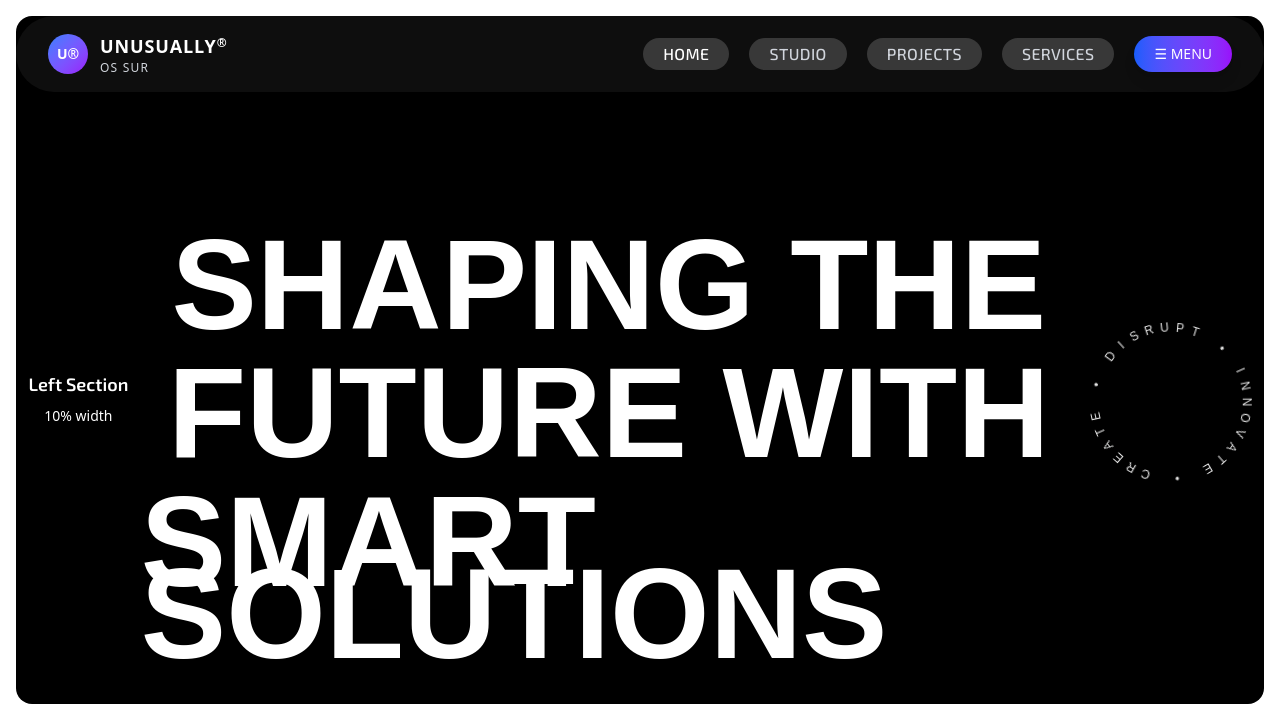
Repository: A-y-u-s-h-29/Digital-Express-India-With-Carrer-Page-And-RazorPay
Page: / (app in op/)
An editor plug-in stored every save of this project. The page is shown before and after the next save, followed by the edit.
The browser window is 1280 px wide. The pictures show the whole page.
Some web fonts or font styles are not loaded; a fallback is used. The project was rebuilt for these pictures with package versions that can differ from the ones it lists, and the page was loaded fresh each time. Also part of the build but not shown: op/vite.config.js.

Above is the page before, as saved 2025-12-04 15:27:47.

### op/index.html
<!doctype html>
<html lang="en">
  <head>
    <meta charset="UTF-8" />
    <link rel="icon" type="image/svg+xml" href="/vite.svg" />
    <meta name="viewport" content="width=device-width, initial-scale=1.0" />
    <link rel="preconnect" href="https://fonts.googleapis.com">
<link rel="preconnect" href="https://fonts.gstatic.com" crossorigin>
<link href="https://fonts.googleapis.com/css2?family=Alan+Sans:wght@300..900&family=Big+Shoulders:opsz,wght@10..72,100..900&family=Exo+2:ital,wght@0,100..900;1,100..900&family=Montserrat:ital,wght@0,100..900;1,100..900&family=Orbitron:wght@400..900&family=Poppins:ital,wght@0,100;0,200;0,300;0,400;0,500;0,600;0,700;0,800;0,900;1,100;1,200;1,300;1,400;1,500;1,600;1,700;1,800;1,900&family=Rajdhani:wght@300;400;500;600;700&display=swap" rel="stylesheet">
<link rel="preconnect" href="https://fonts.googleapis.com">
<link rel="preconnect" href="https://fonts.gstatic.com" crossorigin>
<link href="https://fonts.googleapis.com/css2?family=Alan+Sans:wght@300..900&family=Big+Shoulders:opsz,wght@10..72,100..900&family=Exo+2:ital,wght@0,100..900;1,100..900&family=Montserrat:ital,wght@0,100..900;1,100..900&family=Orbitron:wght@400..900&family=Poppins:ital,wght@0,100;0,200;0,300;0,400;0,500;0,600;0,700;0,800;0,900;1,100;1,200;1,300;1,400;1,500;1,600;1,700;1,800;1,900&family=Rajdhani:wght@300;400;500;600;700&display=swap" rel="stylesheet">
    <title>op</title>
  </head>
  <body>
    <div id="root"></div>
    <script type="module" src="/src/main.jsx"></script>
  </body>
</html>

### op/src/index.css
@import "tailwindcss";
*{
  box-sizing: border-box;
}
.big {
  font-family: "Big Shoulders", sans-serif;

  font-style: normal;
}
.exo {
  font-family: "Exo 2", sans-serif;

  font-style: normal;
}

### op/src/App.jsx
import React from 'react'
import Home from './components/Home'

function App() {
  return (
   <>
   <Home/>


   </>
  )
}

export default App

### op/src/components/Home.jsx
import React from "react";
import Navbar from "./Navbar";
import CircularText from "./CircularText";


function Home() {
  return (
    <div className="w-full max-h-screen lg:h-[120vh] lg:py-4 lg:px-4">
      <div className="rounded-b-4xl lg:rounded-2xl w-full h-full flex flex-col relative overflow-hidden bg-black">
        {/* Transparent Navbar */}
        <div className="relative z-20">
          <Navbar />
        </div>

        {/* Three Column Layout */}
        <div className="flex flex-1 relative z-10 text-white">
          {/* Left Column - 10% width */}
          <div className="w-[10%] flex items-center justify-center">
            <div className="text-white text-center">
              <p className="exo font-semibold text-lg">Left Section</p>
              <p className="text-sm mt-2">10% width</p>
            </div>
          </div>

          {/* Middle Column - 75% width */}
          <div className="w-[75%] flex flex-col justify-center items-center big">
            <div className="w-full h-full flex flex-col">
              {/* Top Row - 40% height */}
              <div className="h-[40%] flex items-end justify-center pb-4">
                <h1 className="text-5xl md:text-9xl leading-tight md:leading-[4.5rem] font-bold text-white drop-shadow-2xl">
                  SHAPING THE
                </h1>
              </div>

              {/* Middle Row - 30% height */}
              <div className="h-[25%] flex items-center justify-center">
                <h1 className="text-5xl md:text-9xl leading-tight lg:leading-[4.5rem] font-bold text-white drop-shadow-2xl">
                  FUTURE WITH
                </h1>
              </div>

              {/* Bottom Row - 30% height */}
              <div className="h-[35%] flex items-start justify-center pt-4">
                <h1 className="text-5xl md:text-9xl leading-tight lg:leading-[4.5rem] font-bold text-white drop-shadow-2xl">
                  SMART SOLUTIONS
                </h1>
              </div>
            </div>
          </div>

          {/* Right Column - 15% width */}
          <div className="w-[15%] flex flex-col justify-center  ">
            {/* Vertical Circular Text */}
            <div className="relative h-full  ">
              <CircularText
                text="INNOVATE • CREATE • DISRUPT • "
                spinDuration={30}
                onHover="speedUp"
                className="text-white/90  big font-light text-xs mt-55 "
              />



              {/* Scroll indicator */}

            </div>


          </div>
        </div>
      </div>
    </div>
  );
}

export default Home;

### op/src/components/Navbar.jsx
import React, { useState, useRef, useEffect } from 'react';
import { gsap } from 'gsap';

function Navbar({ isHomePage = false }) {
  const [isMenuOpen, setIsMenuOpen] = useState(false);
  const menuOverlayRef = useRef(null);
  const mobileMenuRef = useRef(null);

  // Menu items data for the menu overlay
  const menuOverlayItems = [
    { title: 'HOME', number: '01' },
    { title: 'ABOUT', number: '02' },
    { title: 'PROJECTS', number: '03' },
    { title: 'SERVICES', number: '04' },

  ];

  // Menu items for navbar links
  const navMenuItems = [
    { title: 'HOME', color: 'from-blue-500 to-cyan-400' },
    { title: 'STUDIO', color: 'from-purple-500 to-pink-500' },
    { title: 'PROJECTS', color: 'from-green-500 to-emerald-400' },
    { title: 'SERVICES', color: 'from-yellow-500 to-orange-500' },
    { title: 'ABOUT', color: 'from-red-500 to-rose-400' },
    { title: 'CONTACT', color: 'from-indigo-500 to-blue-400' },
  ];

  // Initialize menu as hidden
  useEffect(() => {
    if (menuOverlayRef.current) {
      menuOverlayRef.current.style.display = 'none';
    }
  }, []);

  const handleMenuClick = () => {
    const wasOpen = isMenuOpen;
    setIsMenuOpen(!wasOpen);

    if (!wasOpen) {
      // OPEN MENU ANIMATION - bottom-right से slide in
      if (menuOverlayRef.current) {
        menuOverlayRef.current.style.display = 'flex';

        // Get the menu container
        const menuContainer = menuOverlayRef.current.querySelector('.relative');

        if (menuContainer) {
          // Initial position - off screen bottom-right
          gsap.set(menuContainer, {
            x: '100%',
            y: '100%',
            opacity: 0,
            scale: 0.9,
            transformOrigin: 'bottom right'
          });

          // Animate to position
          gsap.to(menuContainer, {
            x: 0,
            y: 0,
            opacity: 1,
            scale: 1,
            duration: 0.8,
            ease: 'expo.out'
          });

          // Background fade in
          gsap.fromTo(menuOverlayRef.current,
            { opacity: 0 },
            { opacity: 1, duration: 0.4 }
          );

          // Menu items animation (from bottom)
          const menuItems = menuContainer.querySelectorAll('.menu-item');
          gsap.fromTo(menuItems,
            {
              opacity: 0,
              y: 40
            },
            {
              opacity: 1,
              y: 0,
              duration: 0.6,
              stagger: 0.1,
              delay: 0.3,
              ease: 'power3.out'
            }
          );

          // Close button animation
          const closeBtn = menuContainer.querySelector('.close-btn');
          if (closeBtn) {
            gsap.fromTo(closeBtn,
              { opacity: 0, rotation: -45 },
              { opacity: 1, rotation: 0, duration: 0.5, delay: 0.8 }
            );
          }
        }
      }

      // Mobile menu animation
      if (mobileMenuRef.current) {
        gsap.fromTo(
          mobileMenuRef.current,
          { height: 0, opacity: 0 },
          { height: 'auto', opacity: 1, duration: 0.4 }
        );
      }
    } else {
      // CLOSE MENU ANIMATION - bottom-right को slide out
      if (menuOverlayRef.current) {
        const menuContainer = menuOverlayRef.current.querySelector('.relative');

        if (menuContainer) {
          // Menu items exit
          const menuItems = menuContainer.querySelectorAll('.menu-item');
          gsap.to(menuItems,
            {
              opacity: 0,
              y: 20,
              duration: 0.3,
              stagger: 0.05,
              ease: 'power2.in'
            }
          );

          // Close button exit
          const closeBtn = menuContainer.querySelector('.close-btn');
          if (closeBtn) {
            gsap.to(closeBtn, {
              opacity: 0,
              rotation: 45,
              duration: 0.3
            });
          }

          // Menu container slide out to bottom-right
          gsap.to(menuContainer, {
            x: '100%',
            y: '100%',
            opacity: 0,
            scale: 0.9,
            duration: 0.6,
            ease: 'expo.in',
            onComplete: () => {
              if (menuOverlayRef.current) {
                menuOverlayRef.current.style.display = 'none';
              }
            }
          });

          // Background fade out
          gsap.to(menuOverlayRef.current, {
            opacity: 0,
            duration: 0.4
          });
        }
      }

      // Mobile menu exit animation
      if (mobileMenuRef.current) {
        gsap.to(mobileMenuRef.current, {
          height: 0,
          opacity: 0,
          duration: 0.3
        });
      }
    }
  };

  return (
    <>
      {/* Main Navbar */}
      <nav
        className={`w-full px-6 py-4 lg:px-8 lg:py-4 ${isHomePage ? 'bg-transparent' : 'bg-[#0E0E0E]'} rounded-full relative z-50`}
      >
        <div className="flex items-center justify-between">
          {/* Logo/Brand Section */}
          <div className="flex items-center">
            <div className="w-10 h-10 rounded-full bg-gradient-to-br from-blue-500 to-purple-600 flex items-center justify-center mr-3">
              <span className="text-white font-bold text-sm">U®</span>
            </div>
            <div className="flex flex-col">
              <span className="text-white font-bold text-lg tracking-wider">UNUSUALLY<sup className="text-xs">®</sup></span>
              <span className="text-gray-300 text-xs tracking-widest">OS SUR</span>
            </div>
          </div>

          <div className='flex items-center gap-5'>
            {/* Desktop Navigation Links */}
            <div className="hidden md:flex items-center space-x-5 exo text-md">
              {navMenuItems.slice(0, 4).map((item, index) => (
                <a
                  key={index}
                  href="#"
                  className={`text-gray-300 font-medium tracking-wide hover:text-white transition-colors duration-300 bg-[#383838] px-5 py-1 rounded-full ${item.title === 'HOME' ? 'text-white' : ''}`}
                >
                  {item.title}
                </a>
              ))}
            </div>

            {/* Menu Button */}
            <button
              onClick={handleMenuClick}
              className="px-5 py-2 bg-gradient-to-r from-blue-600 to-purple-600 text-white text-sm font-medium rounded-full hover:from-blue-700 hover:to-purple-700 transition-all duration-300 shadow-lg hover:shadow-xl relative z-50"
            >
              {isMenuOpen ? '✕ CLOSE' : '☰ MENU'}
            </button>

            {/* Mobile Menu Button (Hamburger) */}
            <button
              onClick={handleMenuClick}
              className="ml-4 md:hidden relative z-50"
            >
              <div className={`w-6 h-0.5 bg-white mb-1.5 transition-all duration-300 ${isMenuOpen ? 'rotate-45 translate-y-2' : ''}`}></div>
              <div className={`w-6 h-0.5 bg-white mb-1.5 transition-all duration-300 ${isMenuOpen ? 'opacity-0' : ''}`}></div>
              <div className={`w-6 h-0.5 bg-white transition-all duration-300 ${isMenuOpen ? '-rotate-45 -translate-y-2' : ''}`}></div>
            </button>
          </div>
        </div>

        {/* Mobile Menu Dropdown */}
        <div
          ref={mobileMenuRef}
          className="md:hidden mt-4 pt-4 border-t border-gray-800 overflow-hidden"
          style={{ height: '0px' }}
        >
          <div className="flex flex-col space-y-4">
            {navMenuItems.map((item, index) => (
              <a
                key={index}
                href="#"
                className={`text-gray-300 font-medium py-2 hover:text-white transition-colors ${item.title === 'HOME' ? 'text-white' : ''}`}
              >
                {item.title}
              </a>
            ))}
          </div>
        </div>
      </nav>

      {/* Fullscreen Menu Overlay */}
      <div
        ref={menuOverlayRef}
        className="fixed inset-0  z-40 hidden items-end justify-end px-4 rounded-2xl "
      >
        {/* Menu Container - Image के according simple design */}
        <div
          className="relative h-[70vh] w-[45vw] bg-white  rounded-4xl overflow-hidden shadow-2xl transform-gpu "
          style={{
            transformOrigin: 'bottom right'
          }}
        >
          {/* Simple Header with Brand */}
          <div className="absolute top-8 left-8">
            <div className="flex items-center space-x-3">

              <div>

              </div>
            </div>
          </div>



          {/* Main Content Area - Center aligned like image */}
          <div className="h-full flex flex-col justify-center items-center px-12 ">
            {/* Menu Items - Single Column, Large text like image */}
            <div className="w-full  space-y-2">
              {menuOverlayItems.map((item, index) => (
                <a
                  key={index}
                  href="#"
                  className="menu-item group relative block w-full"
                >
                  <div className="flex items-center justify-between">
                    {/* Title - Left side */}
                    <div className="relative overflow-hidden p-0.5">
                      <h3 className="text-black font-extrabold text-5xl lg:text-7xl  exo tracking-tight opacity-90  group-hover:opacity-100 transition-all duration-500">
                        {item.title}
                      </h3>
                      {/* Underline animation */}

                    </div>

                    {/* Number in parentheses - Right side */}
                    <div className="text-gray-500 text-3xl lg:text-4xl font-light group-hover:text-white transition-colors duration-500">
                      ({item.number})
                    </div>
                  </div>
                </a>
              ))}
            </div>


          </div>


        </div>
      </div>
    </>
  );
}

export default Navbar;

### op/src/components/CircularText.jsx
import React, { useEffect } from 'react';
import { motion, useAnimation, useMotionValue } from 'framer-motion';

const CircularText = ({
  text = 'Circular Text Animation • ',
  spinDuration = 20,
  onHover = 'speedUp',
  className = '',
}) => {
  const letters = Array.from(text);
  const controls = useAnimation();
  const rotation = useMotionValue(0);

  const getRotationTransition = (duration, from, loop = true) => ({
    from,
    to: from + 360,
    ease: 'linear',
    duration,
    type: 'tween',
    repeat: loop ? Infinity : 0,
  });

  const getTransition = (duration, from) => ({
    rotate: getRotationTransition(duration, from),
    scale: {
      type: 'spring',
      damping: 20,
      stiffness: 300,
    },
  });

  useEffect(() => {
    const start = rotation.get();
    controls.start({
      rotate: start + 360,
      scale: 1,
      transition: getTransition(spinDuration, start),
    });
  }, [spinDuration, text, onHover, controls, rotation]);

  const handleHoverStart = () => {
    const start = rotation.get();

    if (!onHover) return;

    let transitionConfig;
    let scaleVal = 1;

    switch (onHover) {
      case 'slowDown':
        transitionConfig = getTransition(spinDuration * 2, start);
        break;
      case 'speedUp':
        transitionConfig = getTransition(spinDuration / 4, start);
        break;
      case 'pause':
        transitionConfig = {
          rotate: { type: 'spring', damping: 20, stiffness: 300 },
          scale: { type: 'spring', damping: 20, stiffness: 300 },
        };
        break;
      case 'goBonkers':
        transitionConfig = getTransition(spinDuration / 20, start);
        scaleVal = 0.8;
        break;
      default:
        transitionConfig = getTransition(spinDuration, start);
    }

    controls.start({
      rotate: start + 360,
      scale: scaleVal,
      transition: transitionConfig,
    });
  };

  const handleHoverEnd = () => {
    const start = rotation.get();
    controls.start({
      rotate: start + 360,
      scale: 1,
      transition: getTransition(spinDuration, start),
    });
  };

  return (
    <div className="flex min-h-[400px] items-center justify-center rounded-lg">
      <motion.div
        className={`relative m-0 mx-auto h-[170px] w-[170px] origin-center cursor-pointer rounded-full text-center font-black text-white ${className}`}
        style={{ rotate: rotation }}
        initial={{ rotate: 0 }}
        animate={controls}
        onMouseEnter={handleHoverStart}
        onMouseLeave={handleHoverEnd}
      >
        {letters.map((letter, i) => {
          const rotationDeg = (360 / letters.length) * i;
          const factor = Math.PI / letters.length;
          const x = factor * i;
          const y = factor * i;
          const transform = `rotateZ(${rotationDeg}deg) translate3d(${x}px, ${y}px, 0)`;

          return (
            <span
              key={i}
              className="absolute  inset-0 inline-block text-xm transition-all duration-500 ease-out"
              style={{
                transform: transform,
                WebkitTransform: transform
              }}
            >
              {letter}
            </span>
          );
        })}
      </motion.div>
    </div>
  );
};

export default CircularText;

Loaded but not shown: op/src/main.jsx (common file)

After the next save:
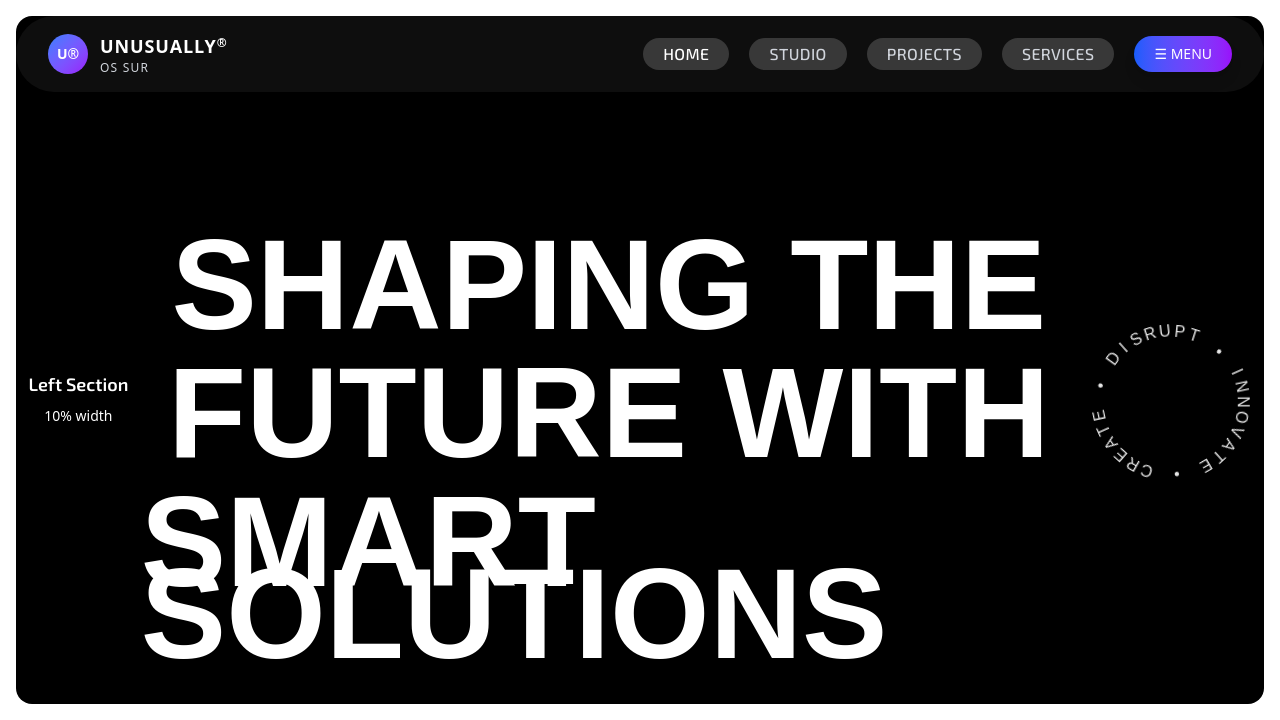
Saved 6 s later.
--- a/op/src/components/CircularText.jsx
+++ b/op/src/components/CircularText.jsx
@@ -103,7 +103,7 @@
           return (
             <span
               key={i}
-              className="absolute  inset-0 inline-block text-xm transition-all duration-500 ease-out"
+              className="absolute  inset-0 inline-block text-base transition-all duration-500 ease-out"
               style={{
                 transform: transform,
                 WebkitTransform: transform

After the save that followed:
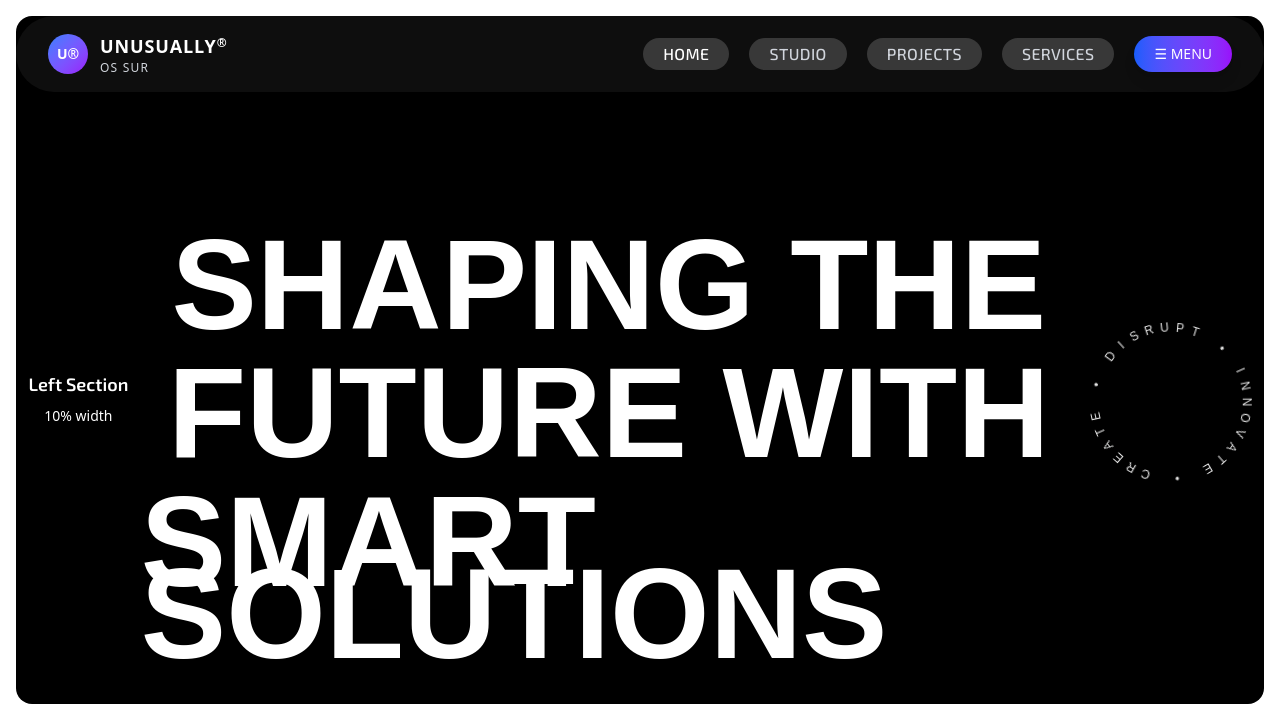
Saved 7 s later.
--- a/op/src/components/CircularText.jsx
+++ b/op/src/components/CircularText.jsx
@@ -103,7 +103,7 @@
           return (
             <span
               key={i}
-              className="absolute  inset-0 inline-block text-base transition-all duration-500 ease-out"
+              className="absolute  inset-0 inline-block text-md transition-all duration-500 ease-out"
               style={{
                 transform: transform,
                 WebkitTransform: transform
